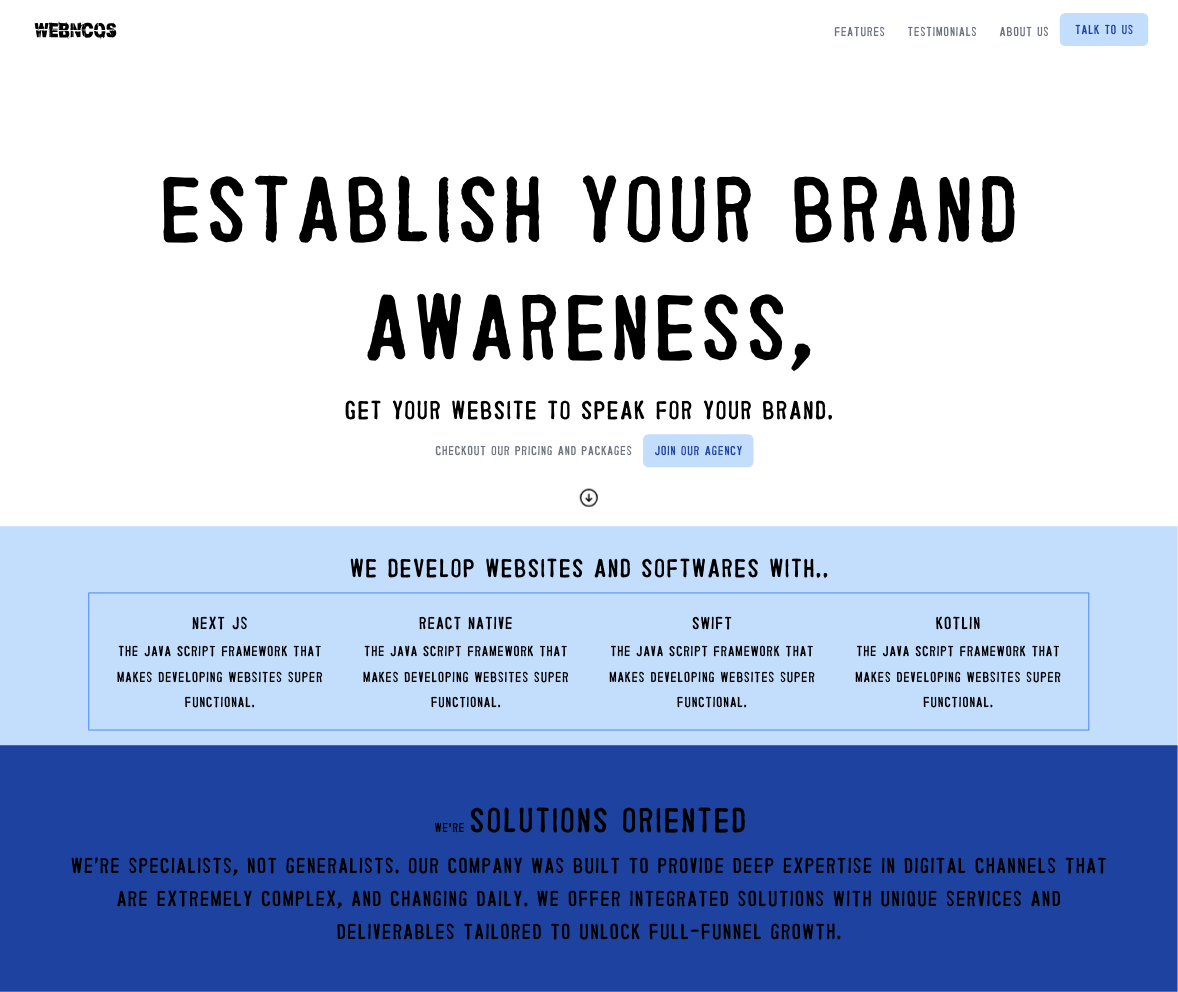
Repository: 1realjulius/webncos
Page: /
These files come from the project's save history. The page is drawn as it stood at one moment and after the next save; the edit follows.
The browser window is 1280 px wide. The pictures show the whole page, at 92% of full size.
The project was rebuilt for these pictures with package versions that can differ from the ones it lists, and the page was loaded fresh each time. The framework's server and built-in components were replaced by stand-ins that run in the browser. Also part of the build but not shown: next.config.js.

Above is the page before, as saved 2022-09-02 11:33:57.

### pages/index.tsx
import type { NextPage } from "next";
import Head from "next/head";
import ComingSoon from "../components/ComingSoon";
import MainHome from "../components/MainHome";
import NavigationBar from "../components/NavigationBar";

const Home: NextPage = () => {
  return (
    <div className="flex min-h-screen flex-col font-parcel">
      <Head>
        <title>Webncos</title>
        <meta
          name="description"
          content="Website and Software Development Agency."
        />
        <meta property="og:type" content="website" />
        <meta property="og:url" content="https://www.webncos.com/" />
        <meta
          property="og:title"
          content="Webncos — Website and Software Development Agency."
        />
        <meta
          property="og:description"
          content="Website and Software Development Agency."
        />
        {/* <meta property="og:image" content="/Assets/newmemoji.svg"/> */}
        {/* <meta property="twitter:card" content="/Assets/Julius_Eghan.jpg"/> */}
        <meta property="twitter:url" content="https://www.webncos.com/" />
        <meta
          property="twitter:title"
          content="Webncos — Website and Software Development Agency."
        />
        <meta
          property="twitter:description"
          content="Website and Software Development Agency."
        />
        {/* <meta property="twitter:image" content="/Assets/Julius_Eghan.jpg"/> */}
        <link rel="icon" href="/favicon.ico" />
        <link
          rel="apple-touch-icon"
          sizes="180x180"
          href="/apple-touch-icon.png"
        />
        <link
          rel="icon"
          type="image/png"
          sizes="32x32"
          href="/favicon-32x32.png"
        />
        <link
          rel="icon"
          type="image/png"
          sizes="16x16"
          href="/favicon-16x16.png"
        />
        <link rel="manifest" href="/site.webmanifest" />
        {/* <meta name="google-site-verification" content="0HesePHVymRqGiL70HUKPIq0Zsap0uUIb_Ci0DpImRY" /> */}
        <meta
          name="theme-color"
          content="#2563eb"
          media="(prefers-color-scheme: light)"
        />
        <meta
          name="theme-color"
          content="#2563eb"
          media="(prefers-color-scheme: dark)"
        />
      </Head>
      <NavigationBar />
      <MainHome />
    </div>
  );
};

export default Home;

### styles/globals.css
@tailwind base;
@tailwind components;
@tailwind utilities;

@layer base{
      @font-face{
        font-family: 'ApercuBold';
        src: url("/Fonts/ApercuPro-Bold.woff") format("woff"),url("/Fonts/ApercuPro-Bold.woff2") format("woff2");
      }
      @font-face{
        font-family: 'ApercuMedium';
        src: url("/Fonts/ApercuPro-Medium.woff") format("woff"),url("/Fonts/ApercuPro-Medium.woff2") format("woff2");
      }
      @font-face{
        font-family: 'circularBlack';
        src: url("/Fonts/circular-black.woff2") format("woff2");
      }
      @font-face{
        font-family: 'circularBold';
        src: url("/Fonts/circular-bold.woff2") format("woff2");
      }
      @font-face{
        font-family: 'circularBook';
        src: url("/Fonts/circular-book.woff2") format("woff2");
      }
      @font-face{
        font-family: 'circularMedium';
        src: url("/Fonts/circular-medium.woff2") format("woff2");
      }
      @font-face{
        font-family: 'parcel';
        src: url("/Fonts/parcel.woff2") format("woff2"), url("/Fonts/parcel.woff") format("woff");
      }
    }

### components/MainHome.tsx
import Link from "next/link";
import React from "react";
import Image from "next/image";
import FeatureImg from "/Assets/Julius_Eghan.jpg";
import FImg from "/Assets/Julius_Eghan.jpg";

const MainHome = () => {
  return (
    <div className="max-w-7xl">
      {/* header */}
      <div>
        <div className=" flex flex-col items-center justify-center mt-20 mb-4">
          <div className="pt-4 pb-2">
            <h1 className="text-6xl md:text-9xl text-center font-parcel px-2">
              ESTABLISH YOUR BRAND AWARENESS,
            </h1>
          </div>
          <div className="">
            <h2 className="text-2xl md:text-4xl font-parcel px-2">
              GET YOUR WEBSITE TO SPEAK FOR YOUR BRAND.
            </h2>
          </div>
          <div className="flex flex-col md:flex-row items-center">
            <div className="px-3 py-1 my-2">
              <Link href="#">
                <h3 className="text-gray-500 hover:text-gray-900 cursor-pointer text-lg">
                  Checkout Our Pricing And Packages
                </h3>
              </Link>
            </div>
            <Link href="#">
              <div className="px-3 py-1 rounded-md bg-blue-200 active:bg-blue-300 my-2 cursor-pointer">
                <h3 className="text-blue-800 text-lg">Join Our Agency</h3>
              </div>
            </Link>
          </div>
        </div>
        <div className=" flex mt-2 items-center justify-center pb-4">
            <span className="">
              <svg
                xmlns="http://www.w3.org/2000/svg"
                fill="none"
                viewBox="0 0 24 24"
                stroke-width="1.5"
                stroke="currentColor"
                className="w-6 h-6 animate-bounce"
              >
                <path
                  stroke-linecap="round"
                  stroke-linejoin="round"
                  d="M9 12.75l3 3m0 0l3-3m-3 3v-7.5M21 12a9 9 0 11-18 0 9 9 0 0118 0z"
                />
              </svg>
            </span>
          </div>
      </div>
      {/* We develop brands */}
      <div className="flex flex-col bg-blue-200 p-4 px-4 md:px-24 items-center justify-center">
        <div className="py-2">
          <h1 className="text-4xl">WE DEVELOP WEBSITES AND SOFTWARES WITH..</h1>
        </div>
        <div className="p-2 flex flex-col md:flex-row border border-blue-500">
          <div className="flex flex-row">
            <div className="p-2 text-center">
              <div>
                <h1 className="text-2xl">Next Js</h1>
              </div>
              <div>
                <p className="text- base md:text-xl">
                  The Java Script Framework that makes developing websites super
                  functional.
                </p>
              </div>
            </div>
            <div className="p-2 text-center">
              <div>
                <h1 className="text-2xl">React Native</h1>
              </div>
              <div>
                <p className="text- base md:text-xl">
                  The Java Script Framework that makes developing websites super
                  functional.
                </p>
              </div>
            </div>
          </div>
          <div className=" flex flex-row">
            <div className="p-2 text-center">
              <div>
                <h1 className="text-2xl">Swift</h1>
              </div>
              <div>
                <p className="text- base md:text-xl">
                  The Java Script Framework that makes developing websites super
                  functional.
                </p>
              </div>
            </div>
            <div className="p-2 text-center">
              <div>
                <h1 className="text-2xl">Kotlin</h1>
              </div>
              <div>
                <p className="text- base md:text-xl">
                  The Java Script Framework that makes developing websites super
                  functional.
                </p>
              </div>
            </div>
          </div>
        </div>
      </div>
      {/* Fameworks Used */}
      <div className="py-12 bg-blue-800">
        <div className="flex flex-col items-center justify-center mx-4">
          <h1 className="text-5xl py-2 flex items-baseline">
            <p className="text-lg px-1">We're</p> SOLUTIONS ORIENTED
          </h1>
          <p className="text-center text-2xl md:text-3xl md:px-14">
            We’re specialists, not generalists. Our company was built to provide
            deep expertise in digital channels that are extremely complex, and
            changing daily. We offer integrated solutions with unique services
            and deliverables tailored to unlock full-funnel growth.
          </p>
        </div>
      </div>
      {/* Services We offer (Features) */}
      <div></div>
      {/* Testimonials */}
      <div></div>
      {/* FAQs */}
      <div></div>
      {/* Other Sections */}
      <div></div>
    </div>
  );
};

export default MainHome;

### components/NavigationBar.tsx
/* This example requires Tailwind CSS v2.0+ */
import { Fragment } from "react";
import { Disclosure, Menu, Transition } from "@headlessui/react";
import { BellIcon, MenuIcon, XIcon } from "@heroicons/react/outline";
import Link from "next/link";
import Image from "next/image";

function classNames(...classes: string[]) {
  return classes.filter(Boolean).join(" ");
}

export default function NavigationBar() {
  return (
    <Disclosure as="nav" className="bg-white">
      {({ open }) => (
        <>
          <div className="max-w-7xl mx-auto px-4 sm:px-6 lg:px-8">
            <div className="flex justify-between h-16">
              <div className="flex">
                <div className="flex-shrink-0 flex items-center">
                  {/* the logo */}
                  <Link href="#">
                    <Image
                      src="/Assets/webncos-logo-lg.svg"
                      width={100}
                      height={22}
                      alt="webncos logo"
                      className=""
                    />
                  </Link>
                </div>
                <div className="hidden sm:ml-6 sm:flex sm:space-x-8"></div>
              </div>
              <div className="hidden sm:ml-6 sm:flex sm:items-center">
                <a
                  href="#"
                  className="text-gray-500 text-lg hover:text-gray-900 inline-flex items-center px-3 pt-1 "
                >
                  Features
                </a>
                <a
                  href="#"
                  className=" text-gray-500 hover:text-gray-900 inline-flex items-center px-3 pt-1  text-lg"
                >
                  Testimonials
                </a>
                <a
                  href="#"
                  className=" text-gray-500 hover:text-gray-900 inline-flex items-center px-3 pt-1  text-lg"
                >
                  About Us
                </a>
                <Link href="#">
                  <div className="px-4 py-1 bg-blue-200 active:bg-blue-300 rounded-md cursor-pointer">
                    <h2 className="text-blue-800 text-lg">Talk To Us</h2>
                  </div>
                </Link>
              </div>
              <div className="-mr-2 flex items-center sm:hidden">
                {/* Mobile menu button */}
                <Disclosure.Button className="inline-flex items-center justify-center p-2 rounded-full text-gray-400 hover:text-gray-500 hover:bg-gray-100 ">
                  <span className="sr-only">Open main menu</span>
                  {open ? (
                    <XIcon className="block h-6 w-6" aria-hidden="true" />
                  ) : (
                    <MenuIcon className="block h-6 w-6" aria-hidden="true" />
                  )}
                </Disclosure.Button>
              </div>
            </div>
          </div>

          <Disclosure.Panel className="sm:hidden border-2 rounded-lg px-2 mx-2">
            <div className="flex flex-col pt-2 space-y-1 items-center">
              <a
                className="hover:bg-gray-100 w-full text-center py-2 rounded-md text-lg"
                href="#"
              >
                Features
              </a>
              <a
                className="hover:bg-gray-100 w-full text-center py-2 rounded-md text-lg"
                href="#"
              >
                Testimonials
              </a>
              <a
                className="hover:bg-gray-100 w-full text-center py-2 rounded-md text-lg"
                href="#"
              >
                About Us
              </a>
            </div>
            <div className="flex py-2 items-center justify-center">
              <Link href="#">
                <div className="px-3 py-1 bg-blue-200 active:bg-blue-300 rounded-md cursor-pointer">
                  <h2 className="text-blue-800 text-lg">Contact Us</h2>
                </div>
              </Link>
            </div>
          </Disclosure.Panel>
        </>
      )}
    </Disclosure>
  );
}

### tailwind.config.js
/** @type {import('tailwindcss').Config} */
module.exports = {
  content: [
    './pages/**/*.{js,ts,jsx,tsx}',
    './components/**/*.{js,ts,jsx,tsx}',
    "./node_modules/flowbite-react/**/*.js",
  ],
  theme: {
    extend: {
      fontFamily: {
        ApercuBold: 'ApercuBold, sans',
        ApercuMedium: 'ApercuMedium, sans',
        circularBlack: 'circularBlack, sans',
        circularBold: 'circularBold, sans',
        circularBook: 'circularBook, sans',
        circularMedium: 'circularMedium, sans',
        parcel: 'parcel, sans',
      },
    },
  },
  plugins: [
    require("flowbite/plugin")
  ],
}

Loaded but not shown: pages/_app.tsx (common file); pages/api/hello.ts (common file)

After the next save:
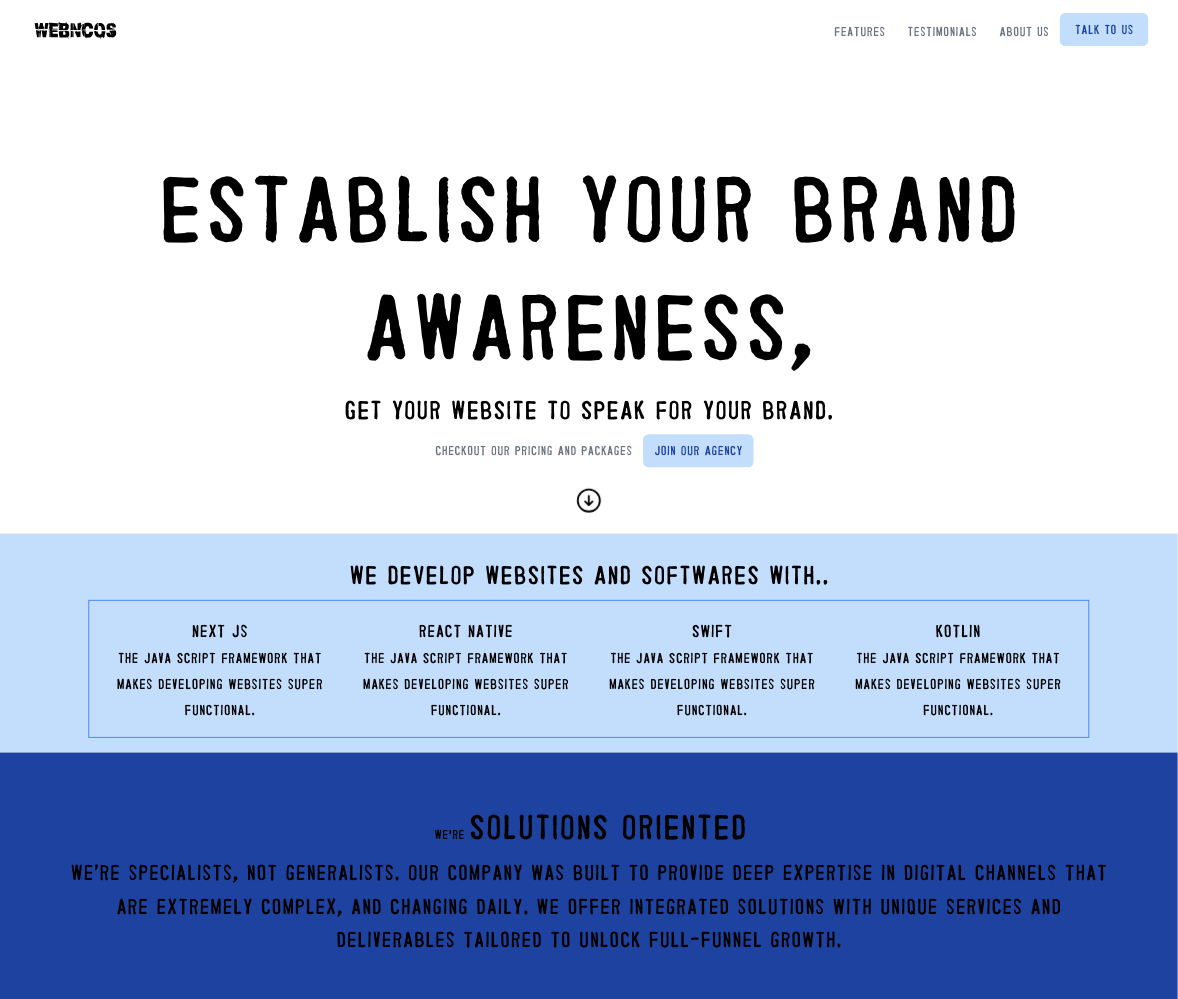
Saved 13 s later.
--- a/components/MainHome.tsx
+++ b/components/MainHome.tsx
@@ -43,7 +43,7 @@ const MainHome = () => {
                 viewBox="0 0 24 24"
                 stroke-width="1.5"
                 stroke="currentColor"
-                className="w-6 h-6 animate-bounce"
+                className="w-8 h-8 animate-bounce"
               >
                 <path
                   stroke-linecap="round"
